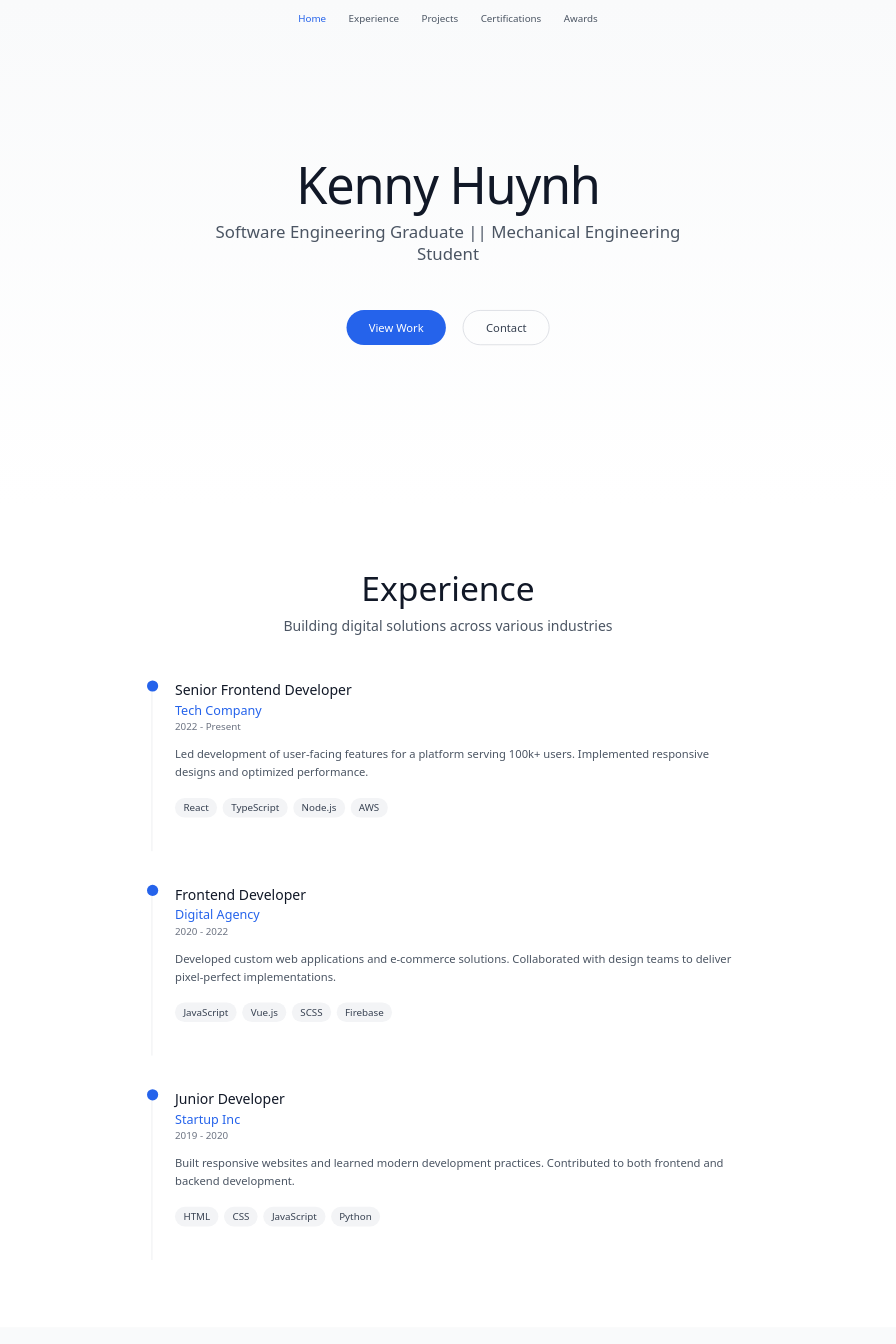
Repository: kennyhuynhhh/kenny_website
Page: /
These files come from the project's save history. The page is drawn as it stood at one moment and after the next save; the edit follows.
The browser window is 1280 px wide. The pictures show the part of the page from y = 0 to 1920 px (the page is 4321 px tall), at 70% of full size.
The project was rebuilt for these pictures with package versions that can differ from the ones it lists, and the page was loaded fresh each time. Also part of the build but not shown: vite.config.ts.

Above is the page before, as saved 2025-07-20 17:01:41.

After the next save:
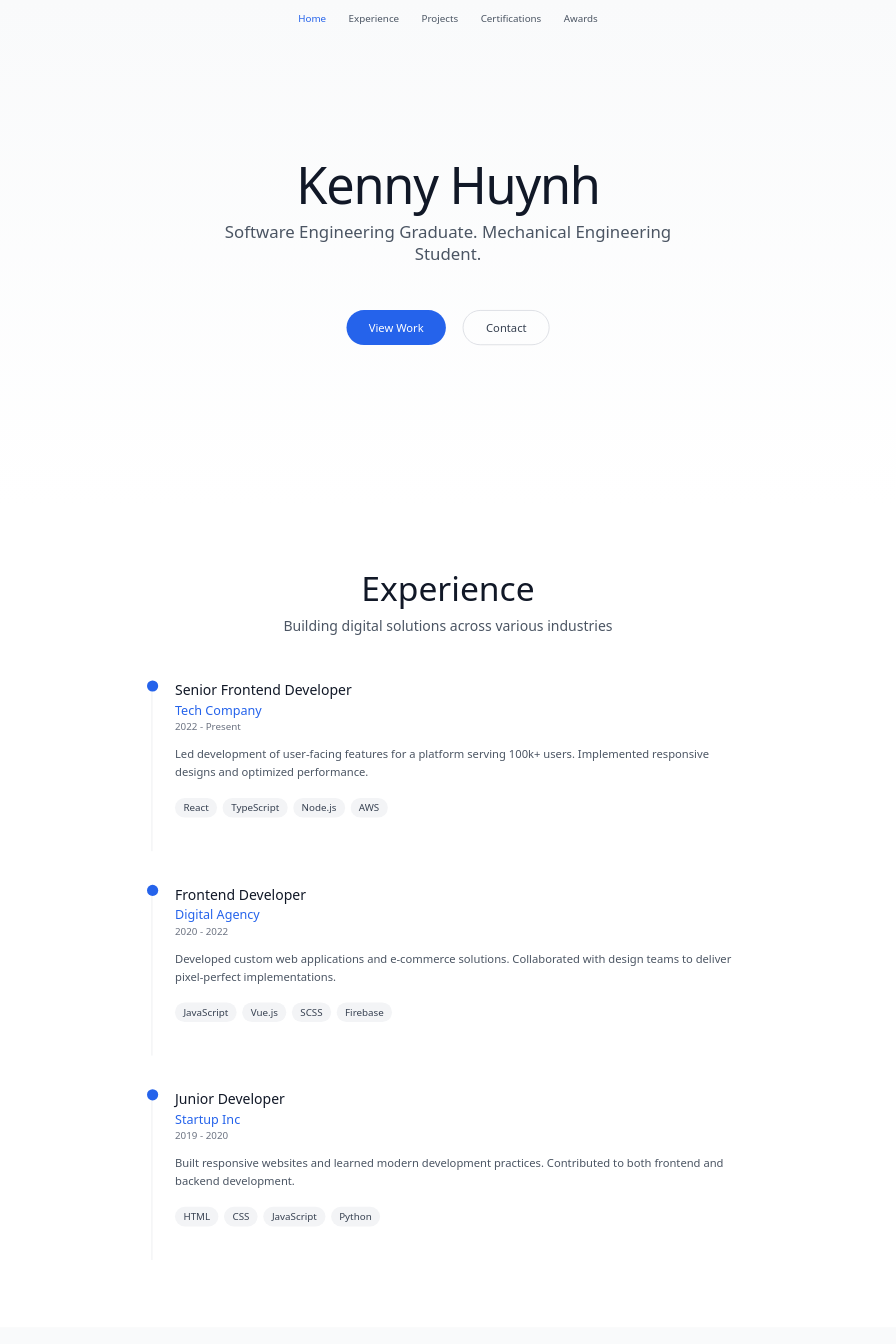
Saved 9 s later.
--- a/src/components/Hero.tsx
+++ b/src/components/Hero.tsx
@@ -10,7 +10,7 @@ const Hero = () => {
               Kenny Huynh
             </h1>
             <p className="text-xl md:text-2xl text-gray-600 font-light max-w-2xl mx-auto">
-              Software Engineering Graduate || Mechanical Engineering Student
+              Software Engineering Graduate. Mechanical Engineering Student.
             </p>
           </div>
 
